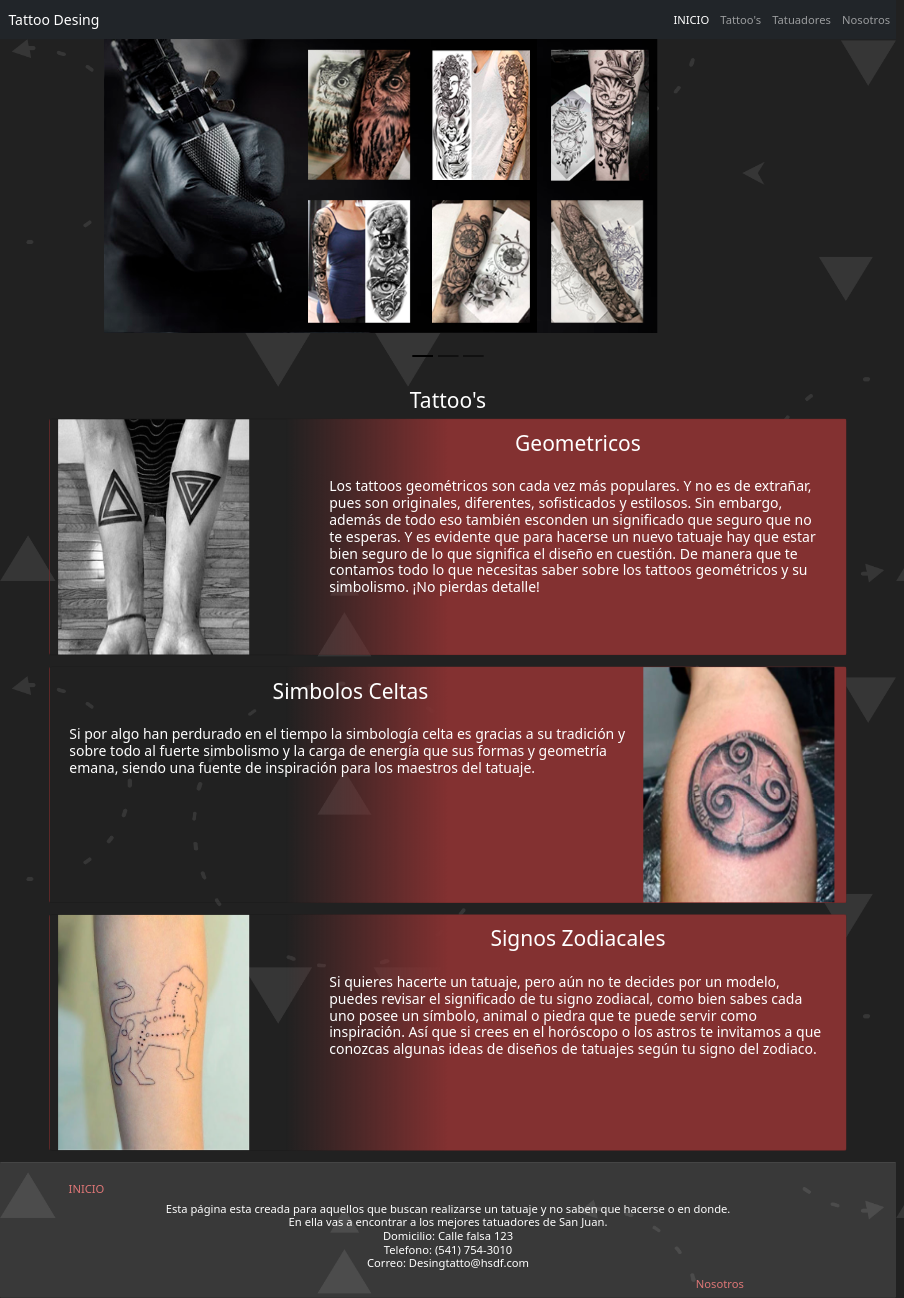
Repository: Vladimir-22/TatooDesign
Page: index.html
These files come from the project's save history. The page is drawn as it stood at one moment and after the next save; the edit follows.
The browser window is 1280 px wide. The page is 1292 px wide, so the pictures cover 1292 px, including what lies to the right of the window. The pictures show the whole page, at 70% of full size.
Some web libraries are served in a nearby version.

Above is the page before, as saved 2021-05-19 23:17:12.

After the next save:
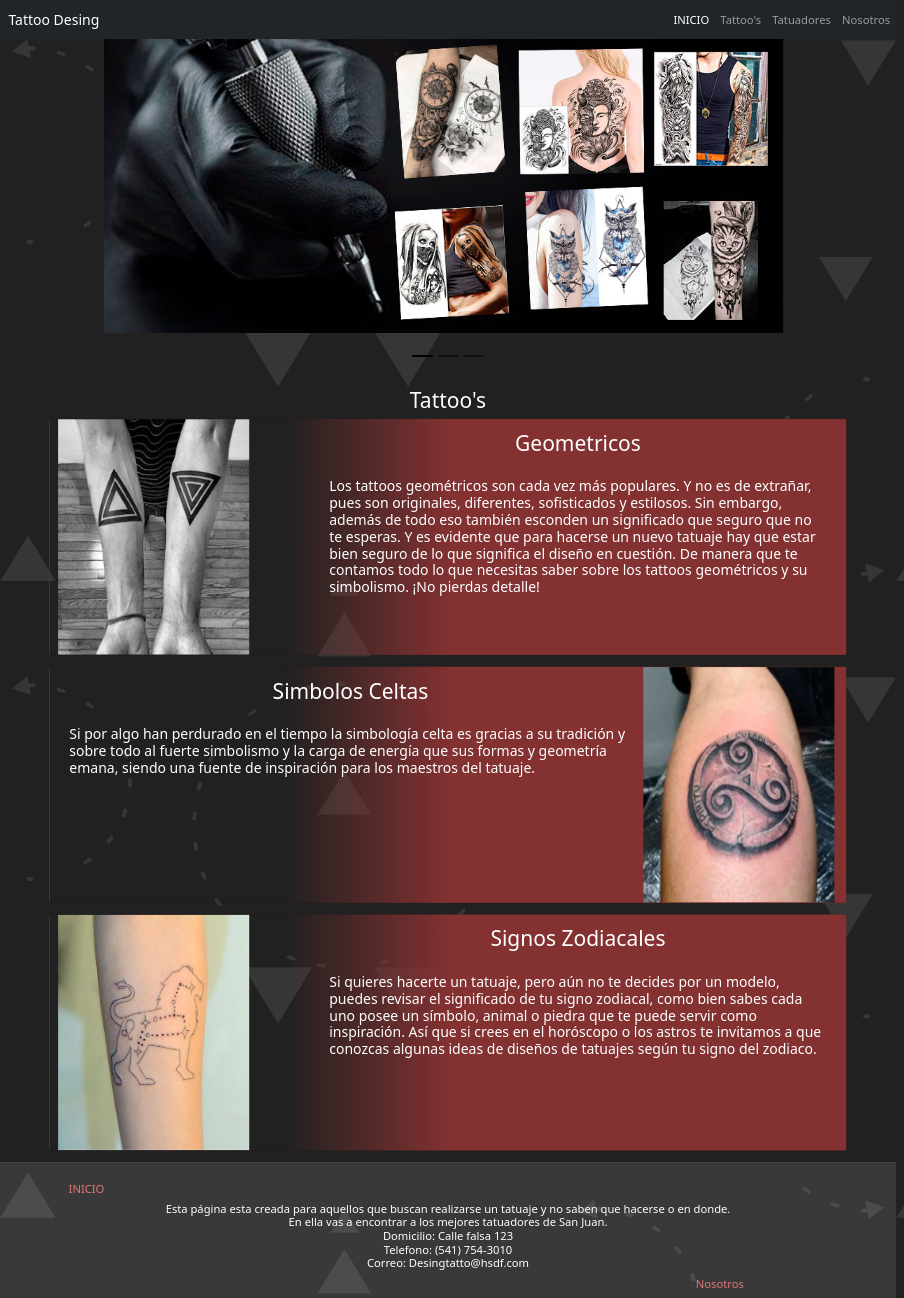
Saved 2 min 38 s later.
--- a/index.html
+++ b/index.html
@@ -116,39 +116,24 @@
             ></button>
           </div>
 
-          <div class="carousel-inner">
-            <div class="carousel-item active" data-bs-interval="10000">
-              <img
-                id="imgCarrusel"
-                src="./Agos/Carrusel/trae-tu-diseño.png"
-                class="d-block w-20"
-                alt="..."
-              />
-              <!-- <div class="carousel-caption d-none d-md-block">
+                <div class="carousel-inner">
+                    <div class="carousel-item active" data-bs-interval="8000">
+                        <img id="imgCarrusel" src="./Agos/Carrusel/trae-tu-diseño-1.jpg" class="d-block w-20" alt="...">
+                        <!-- <div class="carousel-caption d-none d-md-block">
                             <h5>First slide label</h5>
                             <p>Some representative placeholder content for the first slide.</p>
                         </div> -->
-            </div>
-            <div class="carousel-item" data-bs-interval="4000">
-              <img
-                id="imgCarrusel"
-                src="./Agos/Carrusel/Tendencias.png"
-                class="d-block w-20"
-                alt="..."
-              />
-              <!-- <div class="carousel-caption d-none d-md-block">
+                    </div>
+                    <div class="carousel-item" data-bs-interval="6000">
+                        <img id="imgCarrusel" src="./Agos/Carrusel/Tendencias.jpg" class="d-block w-20" alt="...">
+                        <!-- <div class="carousel-caption d-none d-md-block">
                             <h5>Second slide label</h5>
                             <p>Some representative placeholder content for the second slide.</p>
                         </div> -->
-            </div>
-            <div class="carousel-item" data-bs-interval="2000">
-              <img
-                id="imgCarrusel"
-                src="./Agos/Carrusel/Tatuadores-banner.png"
-                class="d-block w-20"
-                alt="..."
-              />
-              <!-- <div class="carousel-caption d-none d-md-block">
+                    </div>
+                    <div class="carousel-item" data-bs-interval="4000">
+                        <img id="imgCarrusel" src="./Agos/Carrusel/Tatuadores-banner.jpg" class="d-block w-20" alt="...">
+                        <!-- <div class="carousel-caption d-none d-md-block">
                             <h5>Third slide label</h5>
                             <p>Some representative placeholder content for the third slide.</p>
                         </div> -->
